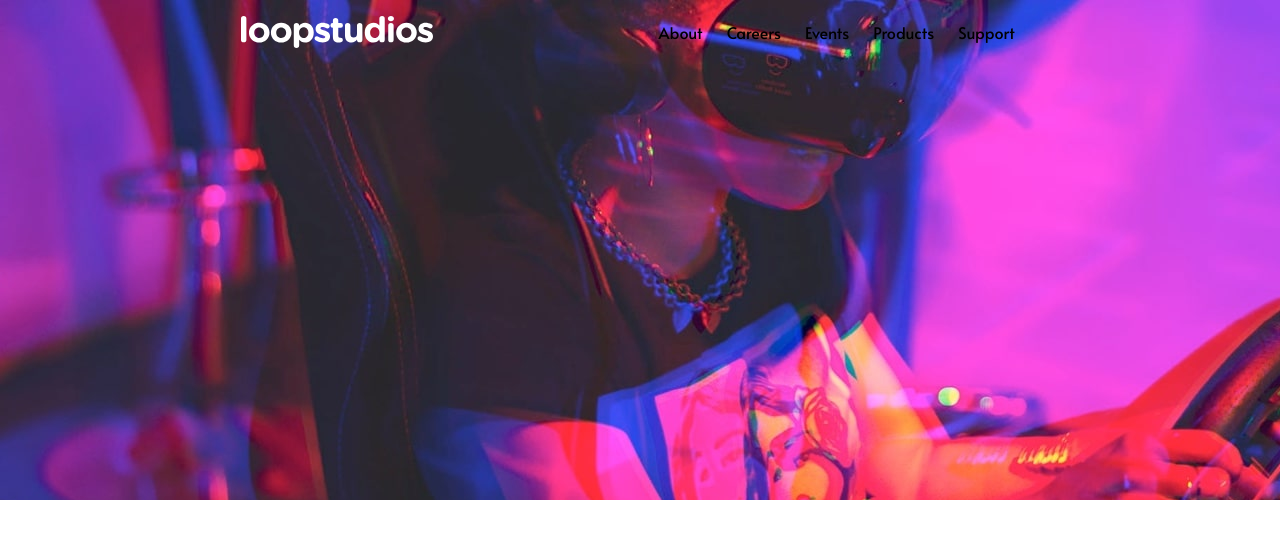
Repository: gligor99/loopstudios-fm
Page: /
These files come from the project's save history. The page is drawn as it stood at one moment and after the next save; the edit follows.
The browser window is 1280 px wide. The pictures show the whole page.
The project was rebuilt for these pictures with package versions that can differ from the ones it lists, and the page was loaded fresh each time.

Above is the page before, as saved 2021-11-28 15:03:51.

After the next save:
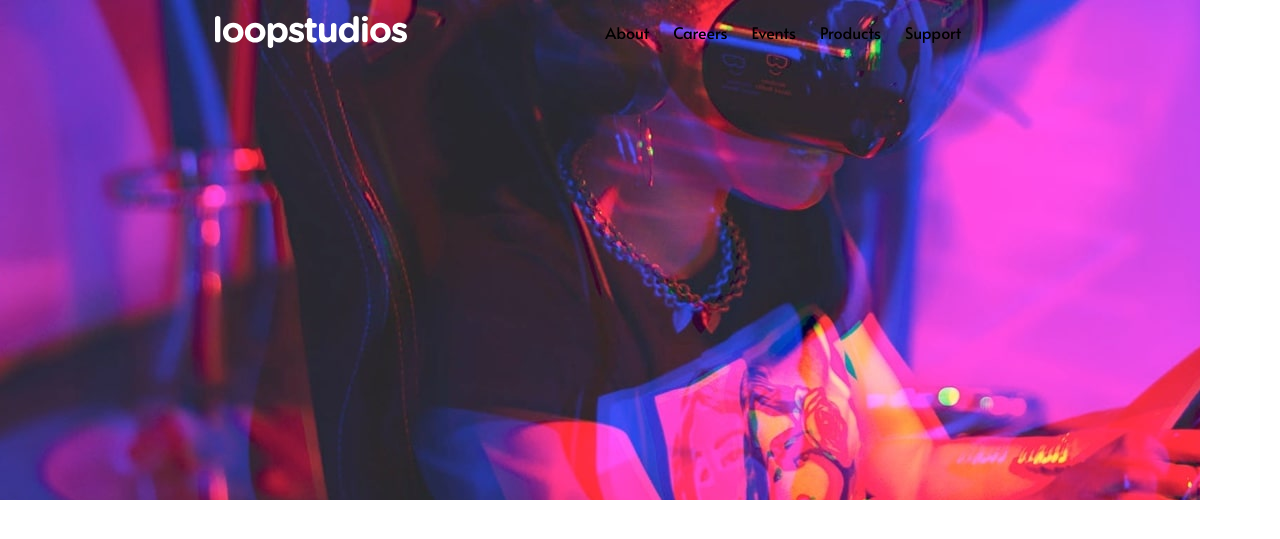
Saved 6 s later.
--- a/src/components/Hero/hero.css
+++ b/src/components/Hero/hero.css
@@ -2,6 +2,6 @@
     position: relative;
     background: url('../../assets/desktop/image-hero.jpg');
     background-repeat: no-repeat;
-    width: 100%;
+    width: 1200px;
     height: 500px;
 }
